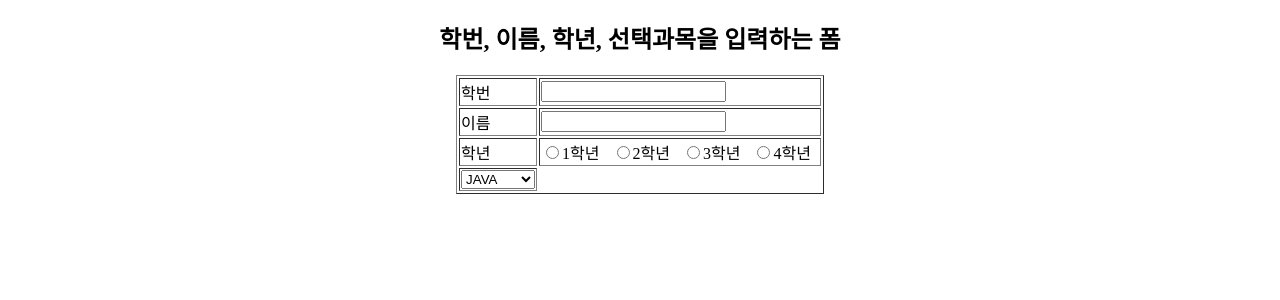
Repository: Hara-JS/hara
Page: http://localhost/jsp_01_basic_test/_05_session/_07_multiplexForm.jsp
The author's editor kept a copy of each file at every save. The page is drawn from the files as they stood at one save, then again after the next save.
The browser window is 1280 px wide. The pictures show the whole page.
The page is served by Tomcat 9.

Above is the page before, as saved 2024-08-12 08:43:19.

After the next save:
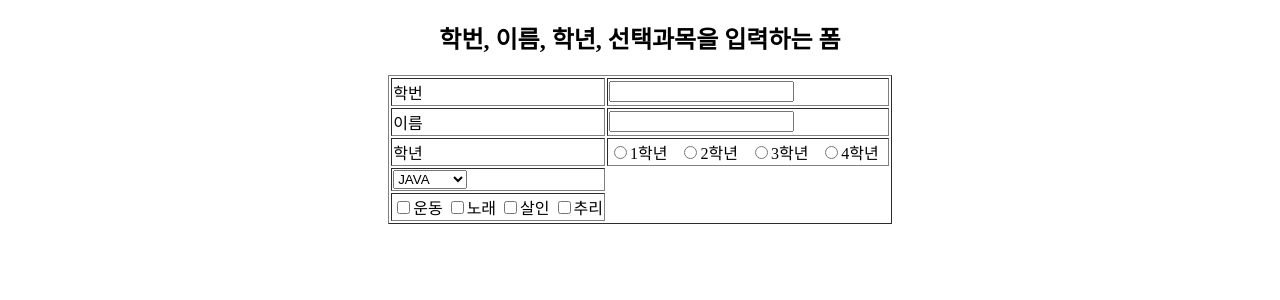
Saved 2 min 38 s later.
--- a/새 폴더/jsp_01_basic_test/src/main/webapp/_05_session/_07_multiplexForm.jsp
+++ b/새 폴더/jsp_01_basic_test/src/main/webapp/_05_session/_07_multiplexForm.jsp
@@ -39,6 +39,16 @@
 						</select>
 					</td>
 				</tr>
+				<tr>
+					<td>
+						<input type="checkbox" name="habbies" value="운동">운동
+						<input type="checkbox" name="habbies" value="노래">노래
+						<input type="checkbox" name="hobbies" value="살인">살인
+						<input type="checkbox" name="hobbies" value="추리">추리
+					</td>
+
+				</tr>
+
 
 
 			</table>
